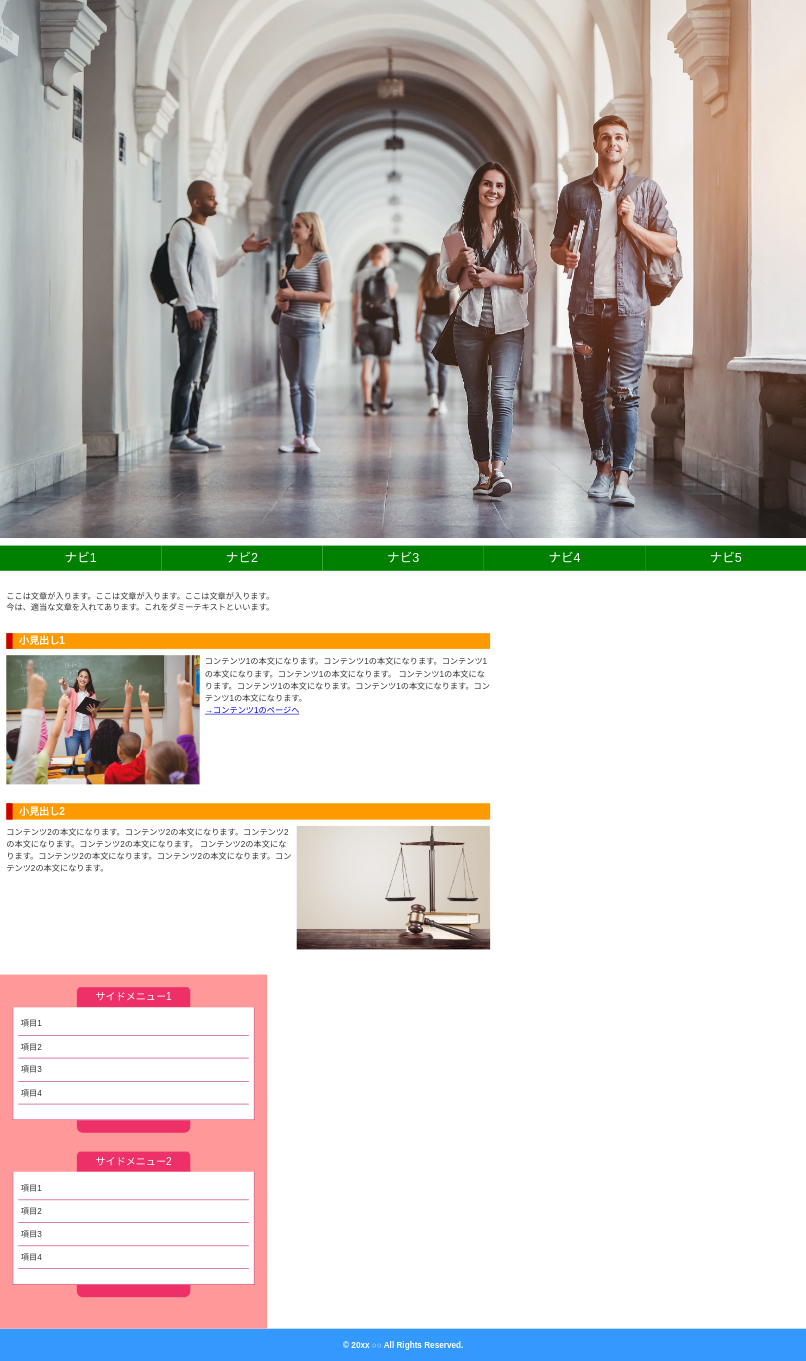
Repository: Yuuki-JP/samurai_HTML-CSS
Page: home.html
The author's editor kept a record of every edit. The page is drawn from the files as they stood at one moment, then again after the next edit.
The browser window is 1280 px wide. The pictures show the whole page, at 63% of full size.

Above is the page before.

After the next edit:
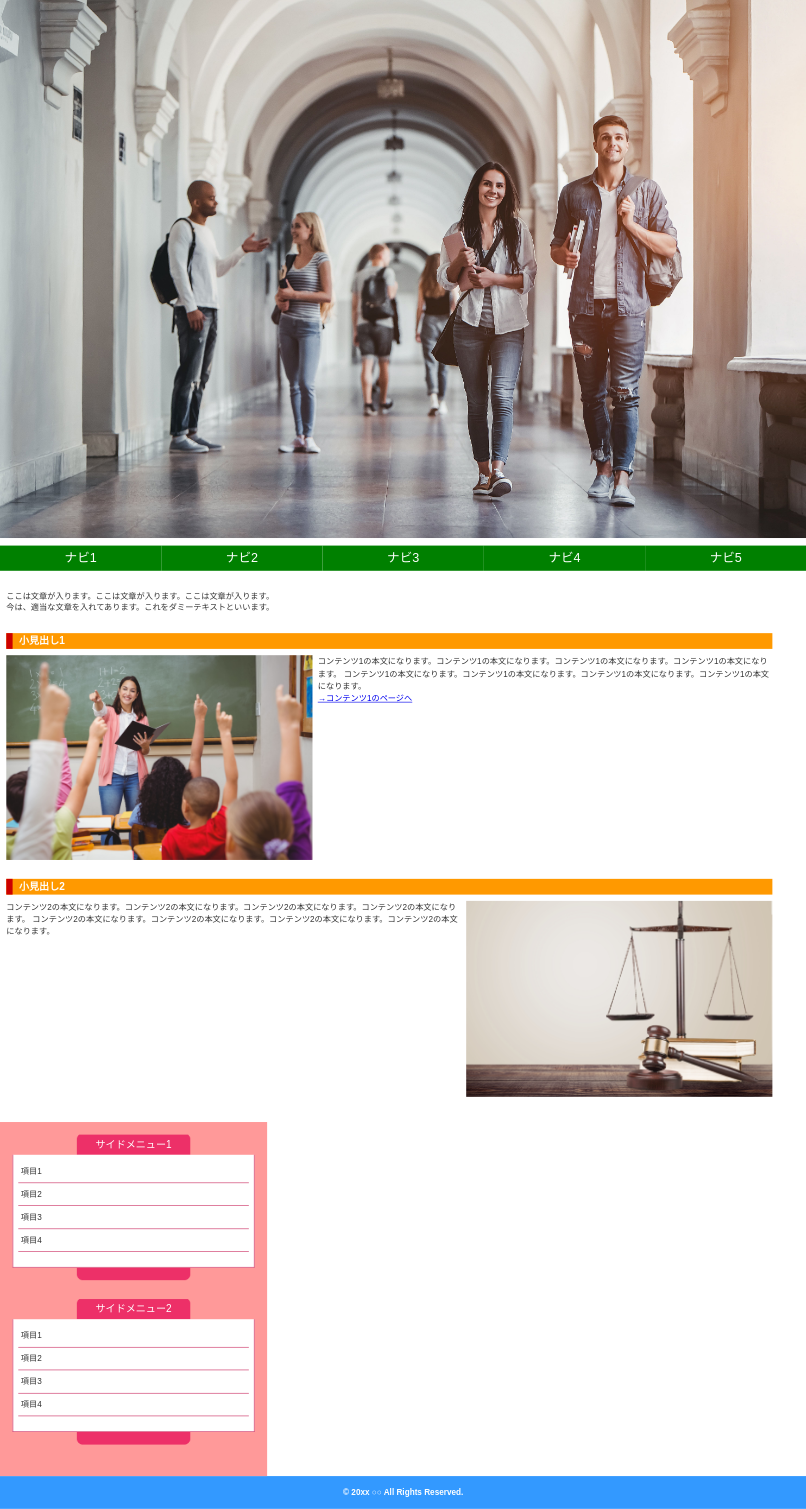
The edit:
--- a/stylesheet.css
+++ b/stylesheet.css
@@ -88,8 +88,8 @@
 
  /* -------------------- main -------------------- */
  #main {
- 	float: left;
- 	width: 60%;
+
+ 	width: 95%;
  	padding: 10px 30px 10px 10px;
  }
 
